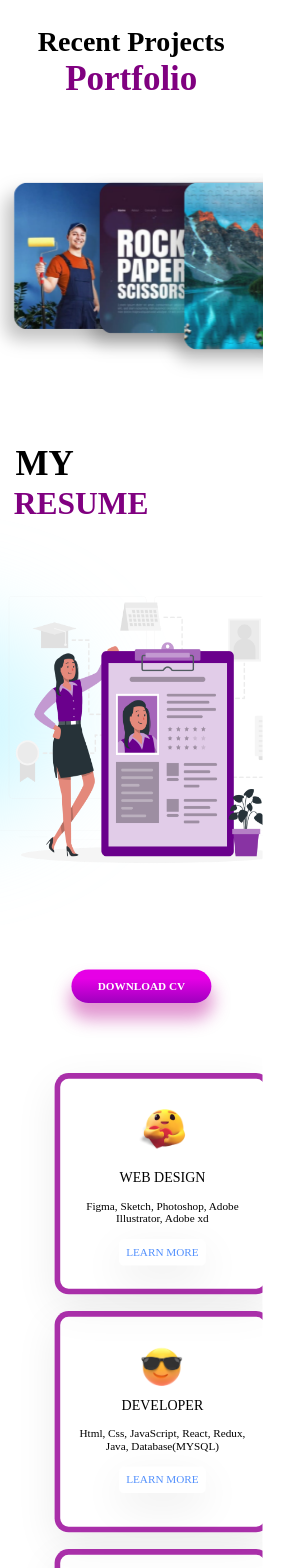
Repository: glorysandy/Protfolio
Page: /
An editor plug-in stored every save of this project. The page is shown before and after the next save, followed by the edit.
The browser window is 375 px wide. The page is 440 px wide, so the pictures cover 440 px, including what lies to the right of the window. The pictures show the part of the page from y = 4260 to 6500 px (the page is 7423 px tall), at 70% of full size.
Some web fonts or font styles are not loaded; a fallback is used. The project was rebuilt for these pictures with package versions that can differ from the ones it lists, and the page was loaded fresh each time. Imported but missing from the stored project, and not drawn on this page: src/components/Services/SANDHIYA.P (RESUME).pdf.

Above is the page before, as saved 2024-10-17 16:20:00.

After the next save:
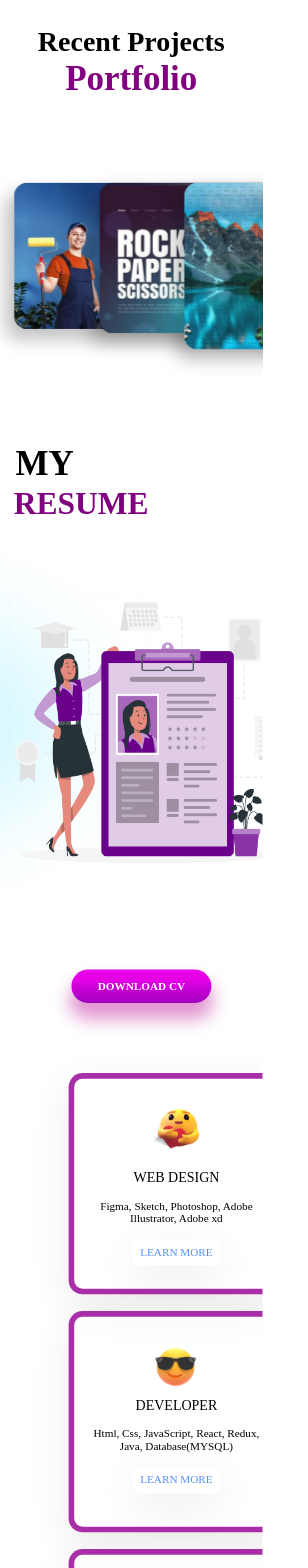
Saved 23 s later.
--- a/src/components/Services/Services.css
+++ b/src/components/Services/Services.css
@@ -84,7 +84,7 @@ font-weight: 600;
     gap: 17rem;
     width:260px ;
     justify-content: center;
-    margin-left: -3rem;
+    margin-left: -2rem;
   }
   .cards > * {
     position: static;
